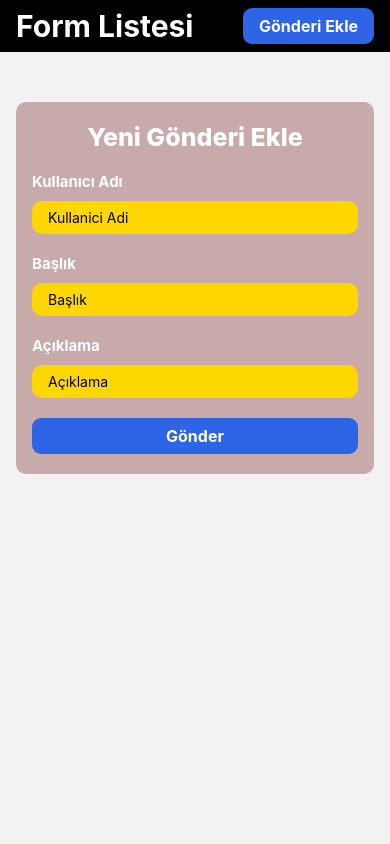
Repository: Kubraaygun/FirebaseRN
Screen: /
The author's editor kept a copy of each file at every save. The screen is drawn from the files as they stood at one save, then again after the next save.
The app was drawn by React Native's web renderer in a window 390 px wide. The project was rebuilt for these pictures with package versions that can differ from the ones it lists, and the page was loaded fresh each time. Also part of the build but not shown: src/screens/ListPost/ListPostView.jsx, src/screens/ListPost/ListPostController.jsx.

Above is the screen before, as saved 2025-01-20 20:53:02.

### App.js
import {SafeAreaView, StyleSheet, Text, View} from 'react-native';
import React, {useState} from 'react';
import {createNativeStackNavigator} from '@react-navigation/native-stack';
import {NavigationContainer} from '@react-navigation/native';
import ListPostController from './src/screens/ListPost/ListPostController';
import AddPostController from './src/screens/AddPost/AddPostController';
import AppBar from './src/screens/component/AppBar';

const App = () => {
  const [activePage, setActivePage] = useState('Gönderiler');
  const Stack = createNativeStackNavigator();
  return (
    <SafeAreaView style={{flex: 1}}>
      <NavigationContainer>
        <AppBar activePage={activePage} setActivePage={setActivePage} />
        <Stack.Navigator
          screenOptions={{headerShown: false}}
          initialRouteName="AddPost">
          <Stack.Screen name="ListPost" component={ListPostController} />
          <Stack.Screen name="AddPost" component={AddPostController} />
        </Stack.Navigator>
      </NavigationContainer>
    </SafeAreaView>
  );
};

export default App;

const styles = StyleSheet.create({});

### src/screens/AddPost/AddPostController.jsx
import {StyleSheet, Text, View} from 'react-native';
import React from 'react';
import AddPostView from './AddPostView';

const AddPostController = () => {
  return <AddPostView />;
};

export default AddPostController;

const styles = StyleSheet.create({});

### src/screens/component/AppBar.jsx
import {StyleSheet, Text, View} from 'react-native';
import React from 'react';
import CustomButton from './CustomButton';
import {useNavigation} from '@react-navigation/native';

const AppBar = ({activePage, setActivePage}) => {
  const navigation = useNavigation();
  return (
    <View style={styles.container}>
      <Text style={styles.title}>Form Listesi</Text>
      {activePage === 'Gönderiler' ? (
        <CustomButton
          buttonTitle={'Gönderi Ekle'}
          onPress={() => {
            setActivePage('Gönderi Ekle');
            navigation.navigate('AddPost');
          }}
        />
      ) : (
        <CustomButton
          buttonTitle={'Gönderi Listesi'}
          onPress={() => {
            setActivePage('Gönderiler');
            navigation.navigate('ListPost');
          }}
        />
      )}
    </View>
  );
};

export default AppBar;

const styles = StyleSheet.create({
  container: {
    backgroundColor: '#000000',
    flexDirection: 'row',
    justifyContent: 'space-between',
    paddingHorizontal: 16,
    paddingVertical: 8,
    alignItems: 'center',
  },
  title: {
    color: 'white',
    fontSize: 30,
    fontWeight: '700',
  },
});

### src/screens/AddPost/AddPostView.jsx
import {StyleSheet, Text, TextInput, View} from 'react-native';
import React from 'react';
import CustomButton from '../component/CustomButton';

const AddPostView = () => {
  return (
    <View style={styles.form}>
      <Text style={styles.formTitle}>Yeni Gönderi Ekle</Text>
      <View style={styles.inputGroup}>
        <Text style={styles.label}>Kullanıcı Adı</Text>
        <TextInput
          style={styles.input}
          placeholder="Kullanici Adi"
          placeholderTextColor={'black'}
        />
      </View>

      <View style={styles.inputGroup}>
        <Text style={styles.label}>Başlık</Text>
        <TextInput
          style={styles.input}
          placeholder="Başlık"
          placeholderTextColor={'black'}
        />
      </View>

      <View style={styles.inputGroup}>
        <Text style={styles.label}>Açıklama</Text>
        <TextInput
          style={styles.input}
          placeholder="Açıklama"
          placeholderTextColor={'black'}
        />
      </View>

      <CustomButton buttonTitle={'Gönder'} />
    </View>
  );
};

export default AddPostView;

const styles = StyleSheet.create({
  form: {
    backgroundColor: '#C8AAAA',
    marginVertical: 50,
    marginHorizontal: 16,
    paddingHorizontal: 16,
    paddingVertical: 20,
    borderRadius: 10,
    gap: 20,
  },
  inputGroup: {
    gap: 10,
  },
  formTitle: {
    color: '#FFFFFF',
    textAlign: 'center',
    fontSize: 25,
    fontWeight: '800',
  },
  label: {
    color: '#FFFFFF',
    fontSize: 15,
    fontWeight: '700',
  },
  input: {
    backgroundColor: 'gold',
    paddingHorizontal: 16,
    paddingVertical: 8,
    borderRadius: 10,
  },
});

### src/screens/component/CustomButton.jsx
import {StyleSheet, Text, TouchableOpacity, View} from 'react-native';
import React from 'react';

const CustomButton = ({buttonTitle, onPress}) => {
  return (
    <TouchableOpacity onPress={onPress} style={styles.buttonContainer}>
      <Text style={styles.buttonTitle}>{buttonTitle}</Text>
    </TouchableOpacity>
  );
};

export default CustomButton;

const styles = StyleSheet.create({
  buttonContainer: {
    backgroundColor: '#2D65E6',
    paddingHorizontal: 16,
    paddingVertical: 8,
    borderRadius: 9,
    alignItems: 'center',
    justifyContent: 'center',
  },
  buttonTitle: {
    color: '#ffffff',
    fontSize: 16,
    fontWeight: '700',
  },
});

After the next save:
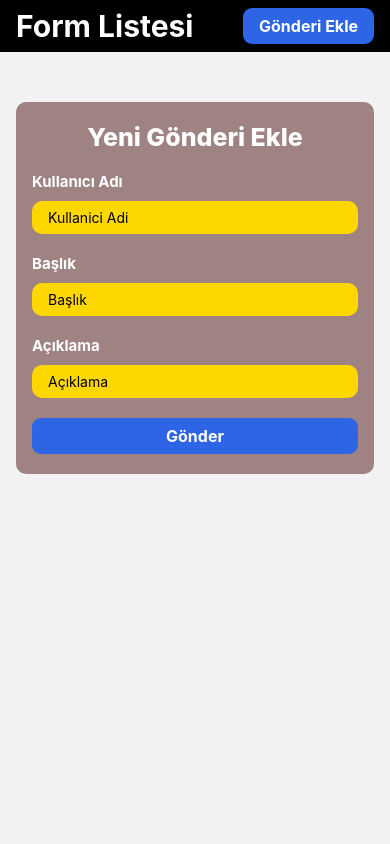
Saved 12 s later.
--- a/src/screens/AddPost/AddPostView.jsx
+++ b/src/screens/AddPost/AddPostView.jsx
@@ -42,7 +42,7 @@ export default AddPostView;
 
 const styles = StyleSheet.create({
   form: {
-    backgroundColor: '#C8AAAA',
+    backgroundColor: '#9F8383',
     marginVertical: 50,
     marginHorizontal: 16,
     paddingHorizontal: 16,
